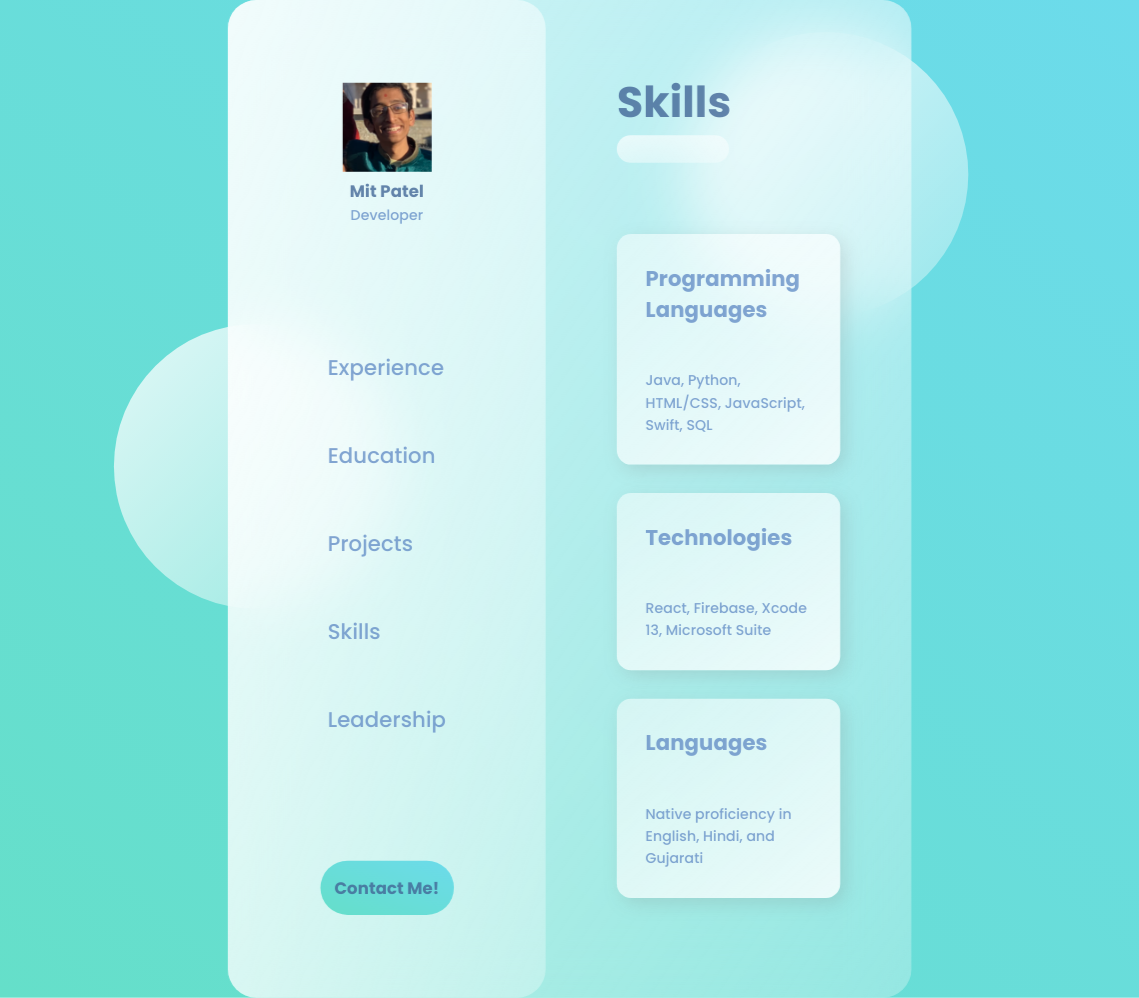
Repository: mitrpatel/mitrpatel.github.io
Page: Skills.html
An editor plug-in stored every save of this project. The page is shown before and after the next save, followed by the edit.
The browser window is 1280 px wide. The pictures show the whole page, at 89% of full size.

Above is the page before, as saved 2023-05-10 14:42:06.

After the next save:
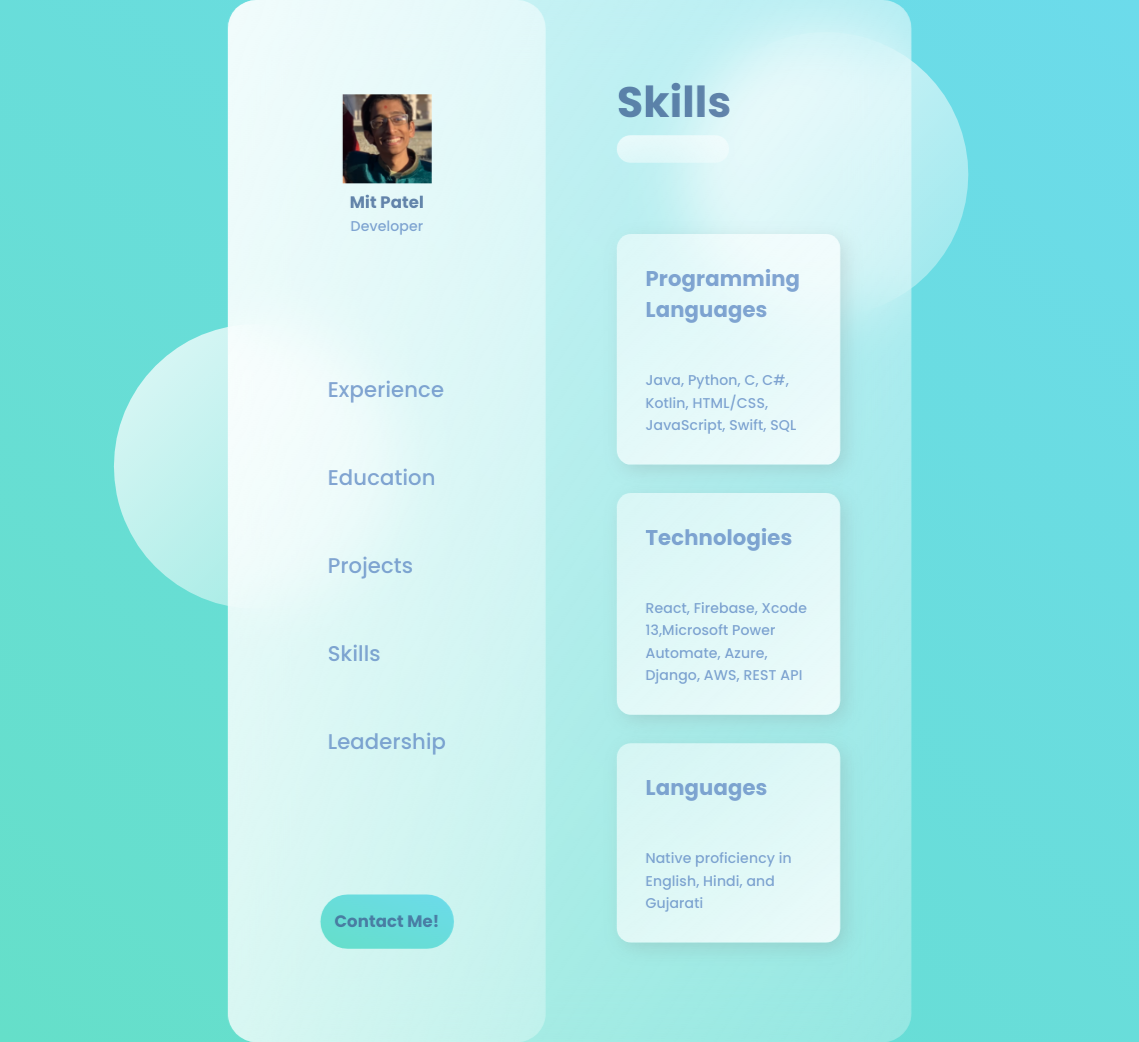
Saved 66 s later.
--- a/Skills.html
+++ b/Skills.html
@@ -67,7 +67,7 @@
               <div class="card-info">
                 <h2><b>Programming Languages</b></h2>
                 <br></br>
-                <p>Java, Python, HTML/CSS, JavaScript, Swift, SQL</p>
+                <p>Java, Python, C, C#, Kotlin, HTML/CSS, JavaScript, Swift, SQL</p>
                 <div class="progress"></div>
               </div>
               <h2 class="percentage"></h2>
@@ -78,7 +78,7 @@
                 <div class="card-info">
                   <h2><b>Technologies</b></h2>
                   <br></br>
-                  <p>React, Firebase, Xcode 13, Microsoft Suite</p>
+                  <p>React, Firebase, Xcode 13,Microsoft Power Automate, Azure, Django, AWS, REST API</p>
                   <div class="progress"></div>
                 </div>
                 <h2 class="percentage"></h2>
